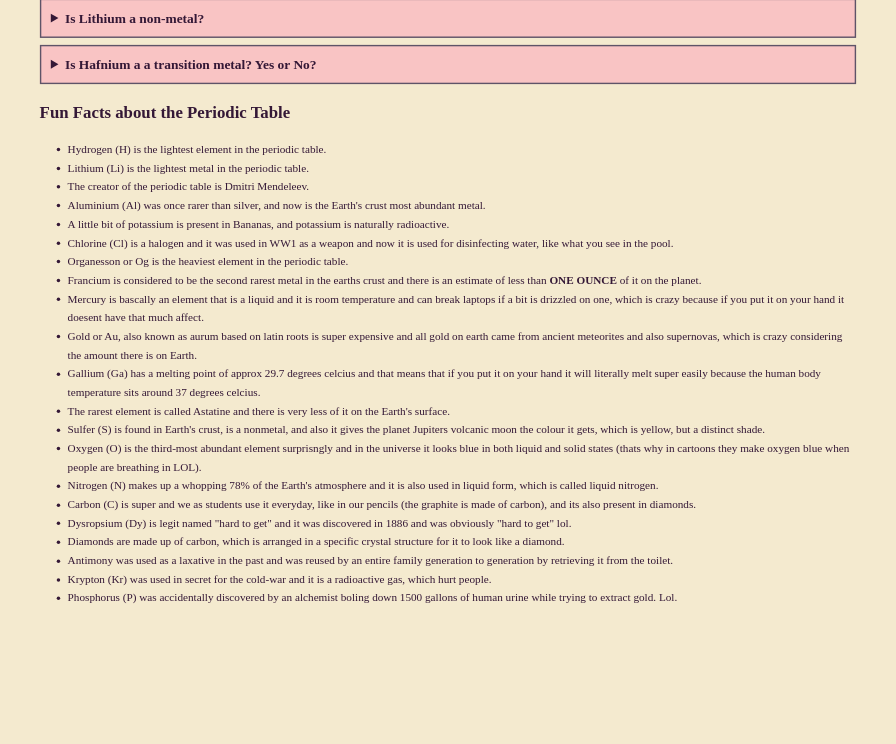
Repository: manayparikh1/Periodify
Page: index.html
These files come from the project's save history. The page is drawn as it stood at one moment and after the next save; the edit follows.
The browser window is 1280 px wide. The pictures show the part of the page from y = 1533 to 3453 px (the page is 2596 px tall before and 3578 px after), at 70% of full size.

Above is the page before, as saved 2026-10-19 22:10:01.

After the next save:
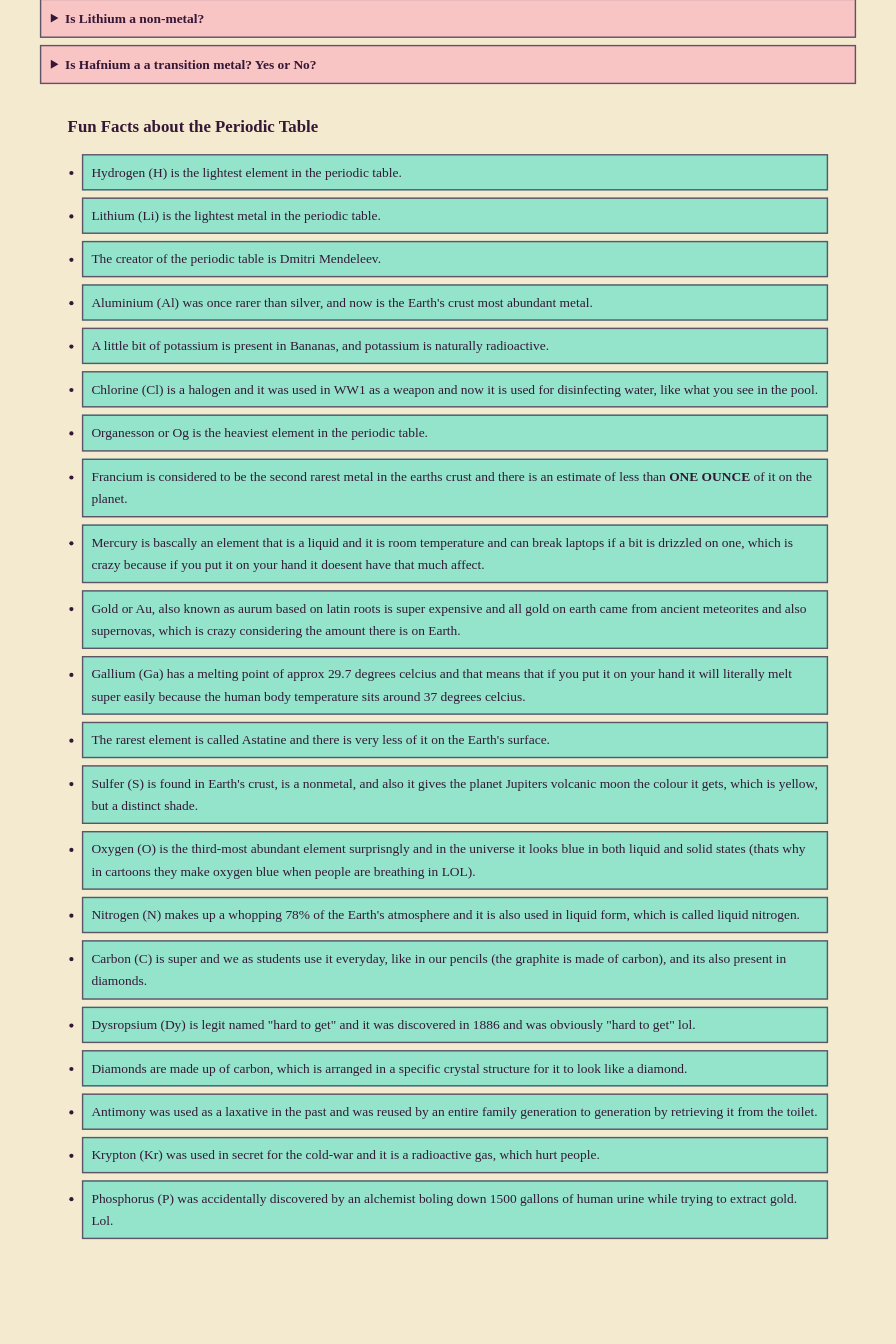
Saved 37 min 19 s later.
--- a/index.html
+++ b/index.html
@@ -475,4 +475,21 @@
                 cursor: pointer;
                 /*js shows that its clickable*/
             }
+
+            .funfacts {
+                margin: 40px;
+            }
+
+            .funfacts ul {
+                padding-left: 20px;
+            }
+
+            .funfacts li {
+                font-size: 1.2rem;
+                margin-bottom: 10px;
+                padding: 8px 12px;
+                background: var(--pt);
+                border: 2px solid var(--main);
+
+            }
         </style>
